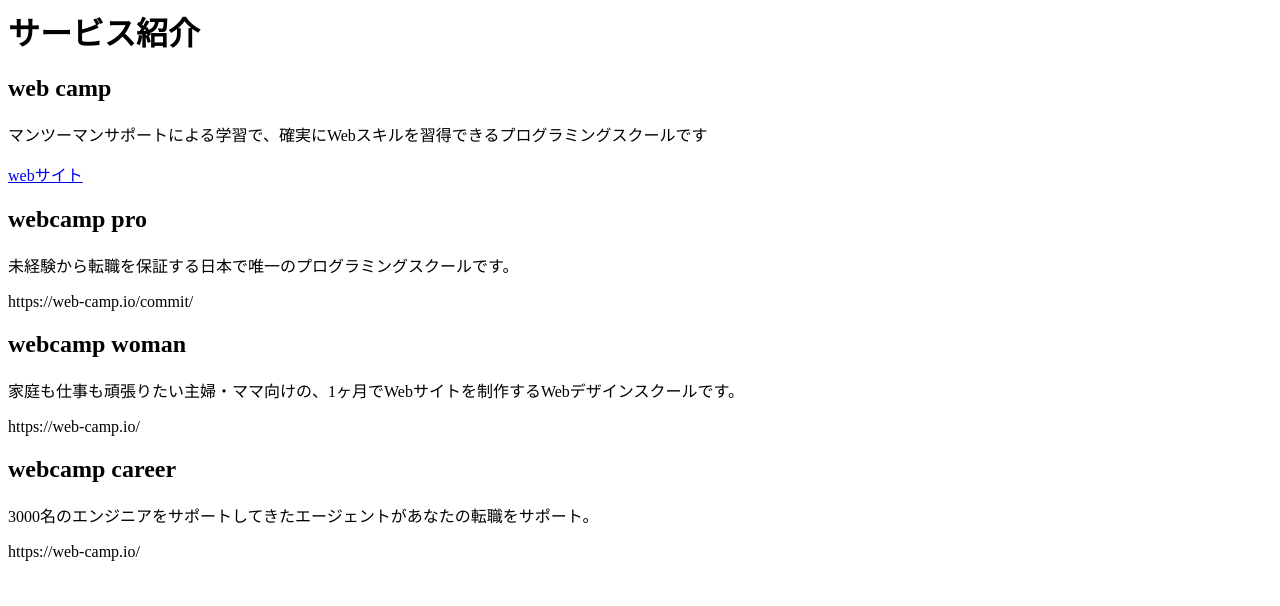
Repository: artD07/-1
Page: sample/sample.html
The author's editor kept a record of every edit. The page is drawn from the files as they stood at one moment, then again after the next edit.
The browser window is 1280 px wide. The pictures show the whole page.

Above is the page before.

After the next edit:
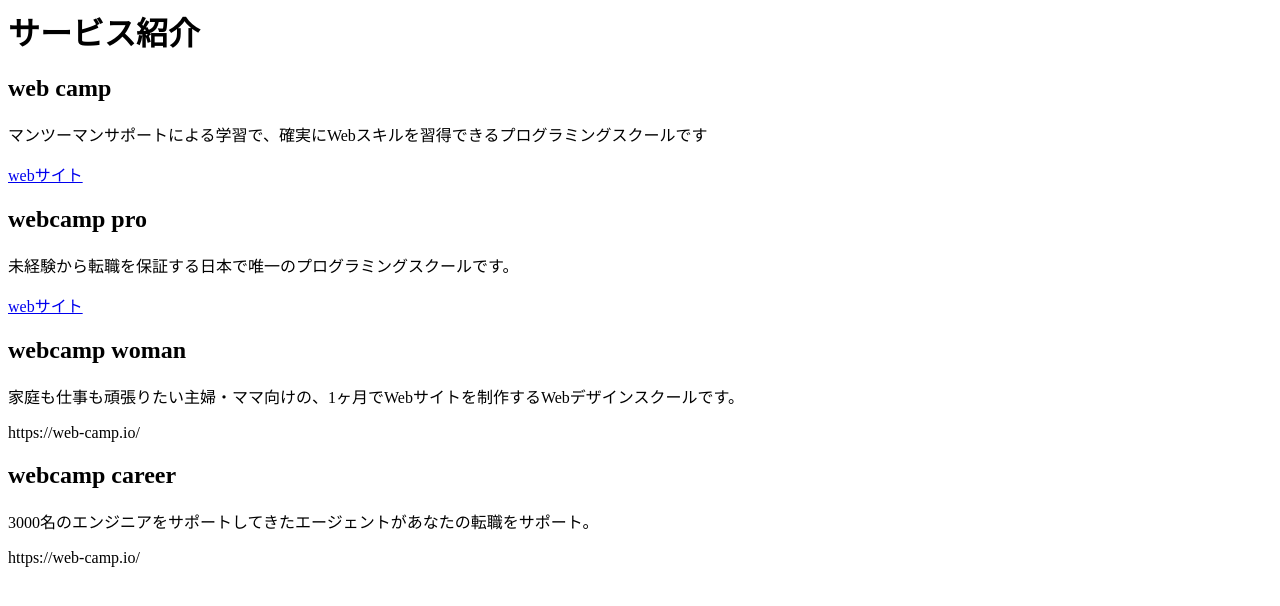
The edit:
--- a/sample/sample.html
+++ b/sample/sample.html
@@ -10,7 +10,7 @@
     <a href="https://web-camp.io">webサイト</a>
     <h2>webcamp pro</h2>
     <p>未経験から転職を保証する日本で唯一のプログラミングスクールです。</p>
-    <a>https://web-camp.io/commit/</a>
+    <a href="https://web-camp.io/commit/">webサイト</a>
     <h2>webcamp woman</h2>
     <p>家庭も仕事も頑張りたい主婦・ママ向けの、1ヶ月でWebサイトを制作するWebデザインスクールです。</p>
     <a>https://web-camp.io/</a>
